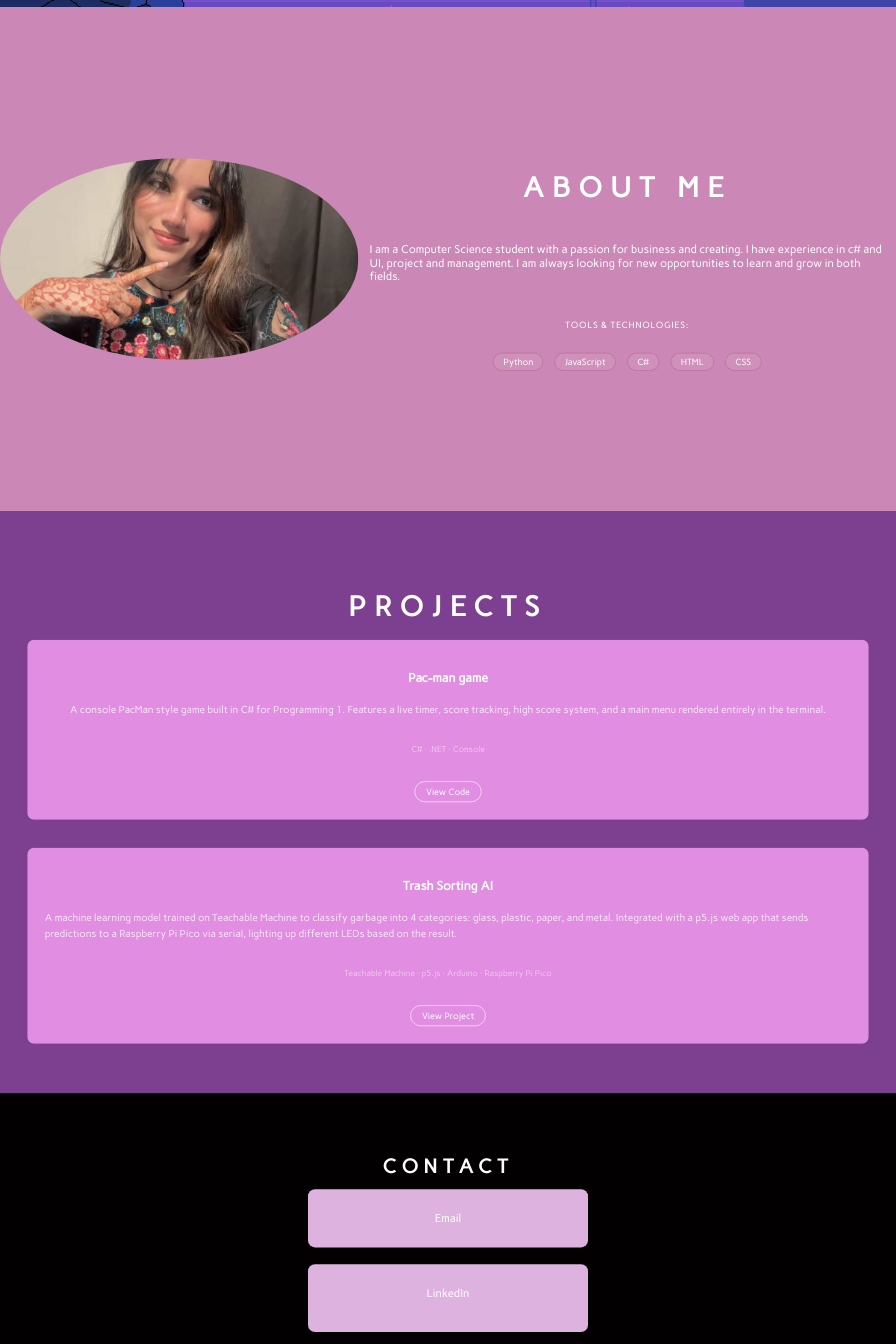
Repository: Rameen-A/Rameen-A
Page: index.html
An editor plug-in stored every save of this project. The page is shown before and after the next save, followed by the edit.
The browser window is 1280 px wide. The pictures show the part of the page from y = 750 to 2670 px (the page is 3160 px tall), at 70% of full size.

Above is the page before, as saved 2026-05-07 22:29:49.

### index.html
<!DOCTYPE html>
<html lang="en">
  <head>
    <meta charset="UTF-8" />
    <meta name="viewport" content="width=device-width, initial-scale=1.0" />
    <title>My Portfolio Project</title>
    <link rel="stylesheet" href="styles/globals.css" />
    <link rel="stylesheet" href="styles/index.css" />
  </head>
  <body>
    <nav class="sidebar">
      <button class="menu-button">☰</button>
      <ul class="menu">
        <li><a href="#about">About me</a></li>
        <li><a href="#projects">View Projects</a></li>
        <li><a href="#contact">My Info </a></li>
      </ul>
    </nav>
    <!-- Hero Section -->
    <section class="hero">
      <article>
        <h1>Rameen Amir</h1>
        <h3>Computer Science student | Business Artist</h3>
        <a href="#projects">View Projects</a>
      </article>
    </section>
    <!-- About Me Section -->
    <section class="about" id="about">
      <img
        src="assets/images/686415663_1672869123865112_6993977710073232581_n.jpg"
        alt="Profile Picture"
      />
      <!-- !my image doesnt have srcset -->
      <!-- !need an svg for menu bar and other spots -->

      <div class="about-content">
        <h2 class="aboutMe">About Me</h2>
        <p>
          I am a Computer Science student with a passion for business and
          creating. I have experience in c# and UI, project and management. I am
          always looking for new opportunities to learn and grow in both fields.
        </p>
        <p class="tools-labels">Tools & Technologies:</p>
        <ul class="tools-list">
          <li>Python</li>
          <li>JavaScript</li>
          <li>C#</li>
          <li>HTML</li>
          <li>CSS</li>
        </ul>
      </div>
    </section>
    <!-- Projects Section -->
    <section class="projects" id="projects">
      <h2>Projects</h2>
      <div class="cards">
        <article class="card">
          <h3>Pac-man game</h3>
          <p>
            A console PacMan style game built in C# for Programming 1. Features
            a live timer, score tracking, high score system, and a main menu
            rendered entirely in the terminal.
          </p>
          <p class="tech">C# · .NET · Console</p>
          <a href="" target="_blank">View Code</a>
        </article>
        <article class="card">
          <h3>Trash Sorting AI</h3>
          <p>
            A machine learning model trained on Teachable Machine to classify
            garbage into 4 categories: glass, plastic, paper, and metal.
            Integrated with a p5.js web app that sends predictions to a
            Raspberry Pi Pico via serial, lighting up different LEDs based on
            the result.
          </p>
          <p class="tech">
            Teachable Machine · p5.js · Arduino · Raspberry Pi Pico
          </p>
          <a href="" target="_blank">View Project</a>
        </article>
      </div>
    </section>
    <!-- Contact Section -->
    <section class="contact">
      <h2 id="contact">Contact</h2>
      <div class="contact-cards">
        <div class="contact-card">
          <p class="default">Email</p>
          <a href="mailto:rameenamir.ca@gmail.com" class="hover-text"
            >rameenamir.ca@gmail.com</a
          >
        </div>

        <div class="contact-card">
          <p class="contact-label">LinkedIn</p>
          <a
            href="https://www.linkedin.com/in/rameen-amir-5a9912349/"
            target="_blank"
            >Rameen Amir</a
          >
        </div>
        <div class="contact-card">
          <p class="contact-label">Phone Number</p>
          <a href="tel:5145617912">514-561-7912</a>
        </div>
        <div class="contact-card">
          <p class="contact-label">Henna Business Instagram</p>
          <a
            href="https://www.instagram.com/henna_byrameen?igsh=OGZzczk1ZWl6bW9p"
            target="_blank"
            >Henna_byrameen</a
          >
        </div>
        <div class="contact-card">
          <p class="contact-label">CV</p>
          <a href="assets/images/rameen cv 26.png" target="_blank">View CV</a>
        </div>
      </div>
    </section>
  </body>
  <script>
    const button = document.querySelector(".menu-button");
    const menu = document.querySelector(".menu");
    const links = document.querySelectorAll(".menu a");

    button.addEventListener("click", () => {
      menu.classList.toggle("show");
    });

    links.forEach((link) => {
      link.addEventListener("click", () => {
        menu.classList.remove("show");
      });
    });
  </script>
</html>

### styles/globals.css
/* FONT DEFS */
@font-face {
  font-family: "main font";
  src: url(../assets/fonts/Carme/Carme-Regular.ttf);
}

/* CROSS PAGE STYLES */
body {
  color: white;
  font-family: "main font", Verdana, sans-serif;
  margin: auto; /* ! margin needs to be default so 0*/
}

h1 {
  font-weight: bold;
  text-transform: uppercase;
  font-size: 1.5rem; /*! too small for desktop*/
}

a {
  text-decoration: none;
  color: white;
  font-size: 0.75rem; /*! too small*/
}
ul {
  list-style: none;
  padding: 0;
  margin: 0;
}
a:hover {
  text-decoration: underline;
}

### styles/index.css
body {
  margin: 0;
  top: 0;
  background-color: black;
}

.hero {
  display: flex;
  align-items: center;
  justify-content: center;
  text-align: center;
  height: 100vh;

  background-image: url(../assets/images/9a61269bd961543ec7b161a66536ad3a.gif);
  background-size: cover;
  background-position: center;
  background-repeat: no-repeat;
}
.hero a,
.card a {
  border: 2px solid rgb(238, 236, 236);
  padding: 0.5rem;
  border-radius: 20px;
}
article {
  opacity: 1;
}
/*menu bar */
.menu {
  position: fixed;
  top: 0;
  left: -25%;
  width: 25%;
  height: 100vh;
  background: rgba(0, 0, 0, 0.9);

  display: flex;
  flex-direction: column;
  padding-top: 5rem;
}

.menu.show {
  left: 0;
  transition: left 0.3s ease;
}
.menu-button {
  opacity: 0.6;
  font-size: 2rem;

  background: transparent;
  border: none;
  outline: 2px solid transparent;

  color: white;
  cursor: pointer;
}

/*about me section */
.about {
  display: flex;
  align-items: center;
  justify-content: center;
  min-height: 100vh;
  text-align: center;

  background-color: rgb(203, 135, 181);
}
.about h2 {
  font-size: 1.75rem;
  margin-bottom: 1rem;
  letter-spacing: 0.3em;
  text-transform: uppercase;
}
.about-content {
  display: flex;
  flex-direction: column;
  align-items: center;
  gap: 1.5rem;
  margin: 0 1rem;
  width: 100%;
  max-width: 90%;
  text-align: left;
}
.about img {
  max-width: 40%;
  border-radius: 50%;
  overflow: hidden;
  display: inline-block;
  vertical-align: middle;
}
.about-list li {
  font-size: 0.95rem;
  line-height: 1.5;
}

.tools-labels {
  font-size: 0.8rem;
  text-transform: uppercase;
  letter-spacing: 0.08em;
  text-align: left;
  margin-bottom: 0.5rem;
}
.tools-list {
  display: flex;
  flex-wrap: wrap; /* allows items to wrap / internet*/
  gap: 1rem;
  text-align: left;
}
.tools-list li {
  background-color: rgba(255, 252, 252, 0.08);
  border: 1px solid rgba(82, 4, 35, 0.2);
  border-radius: 20px;
  padding: 0.3rem 0.85rem;
  font-size: 0.8rem;
}
/*PROJECTS*/
.projects {
  display: flex;
  justify-content: center;
  min-height: 100vh;
  background-color: rgb(125, 64, 144);
  align-items: center;
  padding-top: 4rem;
  padding-bottom: 3rem;
  flex-direction: column;
}
.projects h2 {
  font-size: 1.75rem;
  margin-bottom: 1rem;
  letter-spacing: 0.3em;
  text-transform: uppercase;
}

.cards {
  display: flex;
  flex-direction: column;
  gap: 1.5rem;
  align-items: center;
  margin: 0 1rem;
  width: 100%;
  max-width: 90%;
  text-align: left;
}
.card {
  background-color: #e18de1;
  border: 1px solid rgba(230, 216, 225, 0.1);
  border-radius: 10px;
  padding: 1.5rem;
  text-align: left;
  display: flex;
  flex-direction: column;
  align-items: center;
  gap: 1rem;
  margin: 0.5rem;
  width: 100%;
  max-width: 500%; /*! max width uses % */
}

.card:hover {
  border-color: rgba(180, 26, 26, 0.4);
}

.card h3 {
  font-size: 1.1rem;
  margin-bottom: 0.5rem;
}

.card p {
  font-size: 0.9rem;
  line-height: 1.6;
  opacity: 0.8;
  margin: 0 0 0.5rem 0;
}

.card .tech {
  font-size: 0.75rem;
  opacity: 0.5;
  margin: 0.75rem 0;
}

.card a {
  display: inline-block;
  border: 1px solid rgb(244, 239, 242);
  padding: 0.4rem 1rem;
  border-radius: 20px;
  font-size: 0.8rem;
  margin-top: 0.5rem;
}

.card a:hover {
  background-color: rgb(247, 235, 235);
  color: #0a1628;
  text-decoration: none;
}

/*CONTACT PAGE*/
.contact {
  display: flex;
  flex-direction: column;
  align-items: center;

  min-height: 100vh;
  padding: 4rem 1rem;

  background-color: rgb(2, 0, 0);
}
.contact h2 {
  font-size: 1.75rem;
  margin-bottom: 1rem;
  letter-spacing: 0.3em;
  text-transform: uppercase;
}
.contact-cards {
  display: flex;
  flex-direction: column;
  gap: 1.5rem;
  width: 100%;
  max-width: 400px; /*! max width uses % */
}
.contact-card {
  background-color: #deb2de;
  padding: 1rem;
  border-radius: 10px;
  text-align: center;
  position: relative;
  overflow: hidden;
}
.default {
  display: block;
  transition: opacity 0.3s ease;
}
.hover-text {
  position: absolute;
  inset: 0; /* fills the card */

  display: flex;
  align-items: center;
  justify-content: center;

  opacity: 0;
  transition: opacity 0.3s ease;
}
.contact-card:hover {
  transform: translateY(-5px);
  transition: transform 0.3s ease;
}
.contact-card a {
  opacity: 0;
  transition: opacity 0.3s ease;
  display: block;
  margin-top: 0.5rem;
  background-color: rgb(8, 0, 8);
}
.contact-card:hover a {
  opacity: 1;
  background-color: #ed8eda;
}
.contact-card:hover .default {
  opacity: 0;
}

.contact-card:hover .hover-text {
  opacity: 1;
}
.contact-card .label {
  font-size: 1rem;
  text-transform: uppercase;
}

/* nav mods */
nav {
  position: sticky;
  top: 0;
}

nav ul {
  display: flex;
  justify-content: flex-end;
  margin: 0; /*! add rem */
}

nav ul li {
  list-style: none;
  margin: 1rem;
}

/*mobile-first */

nav ul {
  justify-content: center;
}
@media (min-width: 768px) {
  .about h2,
  .projects h2 {
    font-size: 2.5rem;
  }
}

/*Tablet and desktop support*/
/* ! tablet and desktop views need work*/
/*! project needs to expand and not stacked*/
@media (min-width: 768px) {
  nav ul {
    justify-content: flex-end;
  }
}

After the next save:
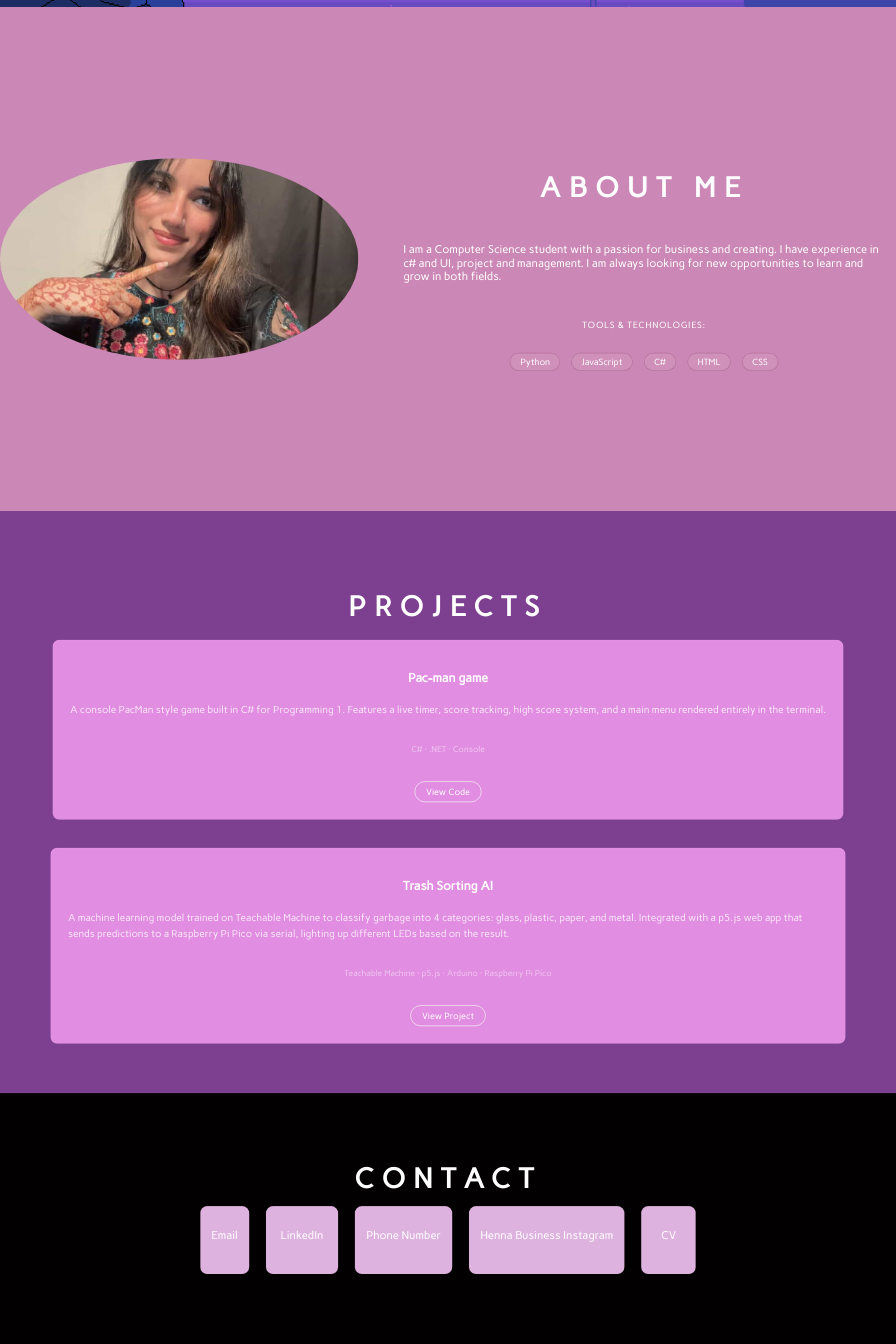
Saved 3 min 57 s later.
--- a/styles/index.css
+++ b/styles/index.css
@@ -152,8 +152,6 @@ article {
   align-items: center;
   gap: 1rem;
   margin: 0.5rem;
-  width: 100%;
-  max-width: 500%; /*! max width uses % */
 }
 
 .card:hover {
@@ -215,7 +213,7 @@ article {
   flex-direction: column;
   gap: 1.5rem;
   width: 100%;
-  max-width: 400px; /*! max width uses % */
+  max-width: 80%;
 }
 .contact-card {
   background-color: #deb2de;
@@ -276,7 +274,7 @@ nav {
 nav ul {
   display: flex;
   justify-content: flex-end;
-  margin: 0; /*! add rem */
+  margin: 0rem;
 }
 
 nav ul li {
@@ -284,23 +282,38 @@ nav ul li {
   margin: 1rem;
 }
 
-/*mobile-first */
-
+/* Mobile-first navigation */
 nav ul {
   justify-content: center;
 }
-@media (min-width: 768px) {
-  .about h2,
-  .projects h2 {
-    font-size: 2.5rem;
-  }
-}
-
-/*Tablet and desktop support*/
-/* ! tablet and desktop views need work*/
-/*! project needs to expand and not stacked*/
+
+/* Tablet and desktop layouts */
 @media (min-width: 768px) {
   nav ul {
     justify-content: flex-end;
   }
-}
+
+  .about {
+    flex-direction: row;
+    gap: 3rem;
+    text-align: left;
+  }
+
+  .cards {
+    flex-direction: row;
+    flex-wrap: wrap;
+    justify-content: center;
+  }
+
+  .contact-cards {
+    flex-direction: row;
+    flex-wrap: wrap;
+    justify-content: center;
+  }
+
+  .about h2,
+  .projects h2,
+  .contact h2 {
+    font-size: 2.5rem;
+  }
+}
